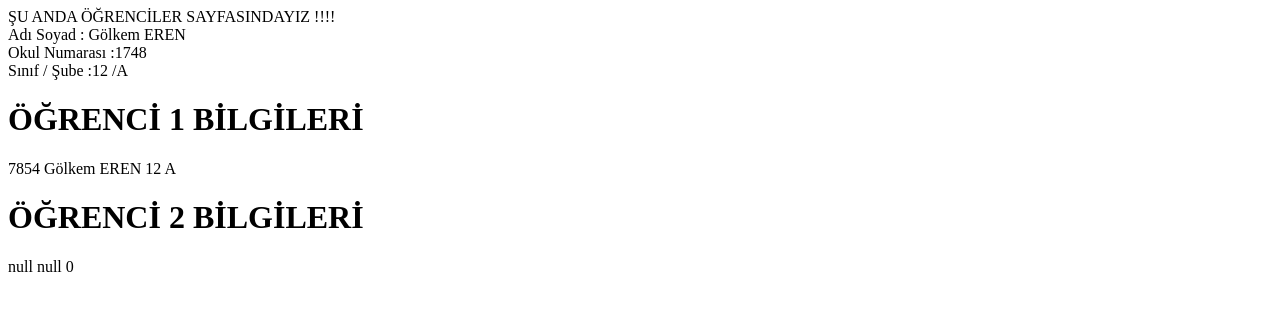
Repository: golkemeren/IleriJava101Java201Java301
Page: http://localhost/Displatcher_10/ogrenciler
These files come from the project's save history. The page is drawn as it stood at one moment and after the next save; the edit follows.
The browser window is 1280 px wide. The pictures show the whole page.
The page is served by Tomcat 10.

Above is the page before, as saved 2023-03-23 02:33:00.

After the next save:
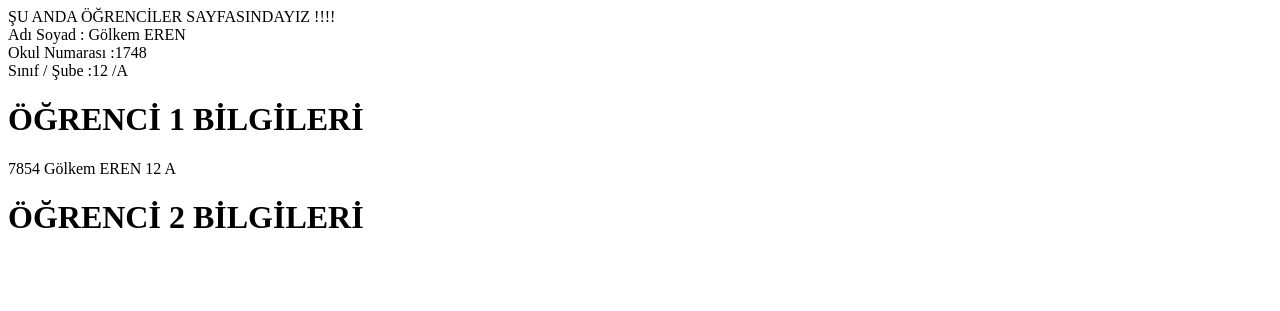
Saved 17 s later.
--- a/Displatcher_10/src/main/webapp/jspUseBean/ogrenciler.jsp
+++ b/Displatcher_10/src/main/webapp/jspUseBean/ogrenciler.jsp
@@ -43,10 +43,10 @@
 
 <jsp:useBean id="ogrenci2" class="bean.pojo.Ogrenci" scope= "request">
 <jsp:setProperty property="no" name="ogrenci2"/>
-<jsp:getProperty property="ad" name="ogrenci2"/>
-<jsp:getProperty property="soyad" name="ogrenci2"/>
-<jsp:getProperty property="sinif" name="ogrenci2"/>
-<jsp:getProperty property="sube" name="ogrenci2"/>
+<jsp:setProperty property="ad" name="ogrenci2"/>
+<jsp:setProperty property="soyad" name="ogrenci2"/>
+<jsp:setProperty property="sinif" name="ogrenci2"/>
+<jsp:setProperty property="sube" name="ogrenci2"/>
 
 </jsp:useBean>
 
